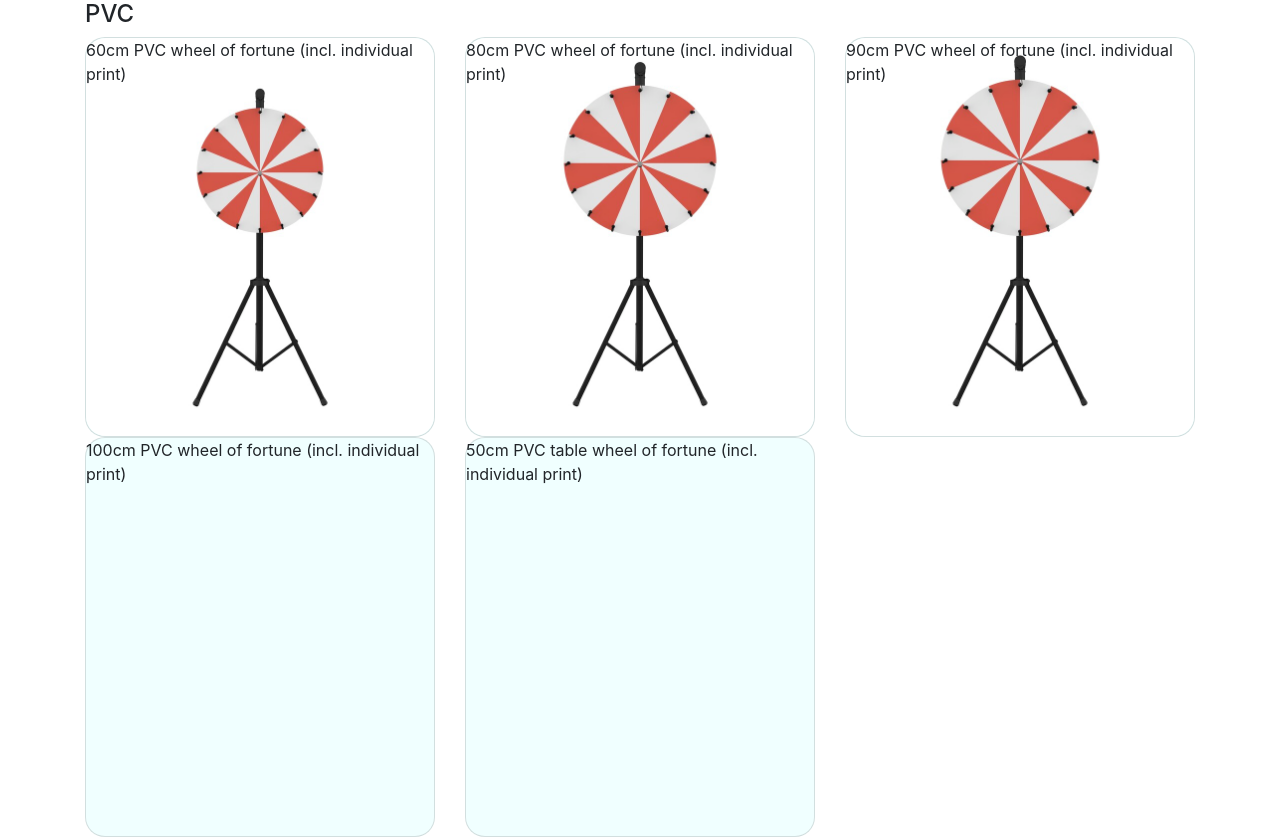
Repository: Awaisp-irfan/fahad-project
Page: pvc.html
These files come from the project's save history. The page is drawn as it stood at one moment and after the next save; the edit follows.
The browser window is 1280 px wide. The pictures show the whole page.

Above is the page before, as saved 2022-06-30 08:08:32.

### pvc.html
<!DOCTYPE html>
<html lang="en">
<head>
    <meta charset="UTF-8">
    <meta http-equiv="X-UA-Compatible" content="IE=edge">
    <meta name="viewport" content="width=device-width, initial-scale=1.0">
    <link
    rel="stylesheet"
    href="https://cdn.jsdelivr.net/npm/bootstrap@4.6.1/dist/css/bootstrap.min.css"
    integrity="sha384-zCbKRCUGaJDkqS1kPbPd7TveP5iyJE0EjAuZQTgFLD2ylzuqKfdKlfG/eSrtxUkn"
    crossorigin="anonymous"
  />

  <link rel="stylesheet" href="./style.css" />
    <title>Document</title>
</head>
<body>
    <div class="container">
        <div class="row">
            <div class="col-lg-12">
                <h4 class="heading">PVC</h4>
            </div>
        </div>

        <div class="row">
            <div class="col-lg-4">
                <div class="card img-div">
                    <div class="cm60">60cm PVC wheel of fortune (incl. individual print)</div>
                </div>
            </div>
            <div class="col-lg-4">
                <div class="card img-div">
                    <div class="cm80">80cm PVC wheel of fortune (incl. individual print)</div>
                </div>
            </div>
            <div class="col-lg-4">
                <div class="card img-div">
                    <div class="cm90">90cm PVC wheel of fortune (incl. individual print)</div>
                </div>
            </div>
            <div class="col-lg-4">
                <div class="card img-div">
                    <div class="cm100">100cm PVC wheel of fortune (incl. individual print)</div>
                </div>
            </div>
            <div class="col-lg-4">
                <div class="card img-div">
                    <div class="cm50">50cm PVC table wheel of fortune (incl. individual print)</div>
                </div>
            </div>
        </div>
    </div>
</body>
</html>

### style.css
.pvc{
    background-image: url(./assests/2289977149.jpg);
    background-size: cover;
    background-position: center;
    background-repeat: no-repeat;
    height: 100%;
    border-radius: 20px;
}

.col-lg-4>a > .img-div{
    height: 400px;
    border-radius: 20px;
}
.col-lg-4>.img-div{
    height: 400px;
    border-radius: 20px;
    background-color: azure;
}
.wooden{
    background-image: url(./assests/wooden.jpg);
    background-size: cover;
    background-position: center;
    background-repeat: no-repeat;
    height: 100%;
    border-radius: 20px;
}

.display{
    background-image: url(./assests/display.jpg);
    background-size: cover;
    background-position: center;
    background-repeat: no-repeat;
    height: 100%;
    border-radius: 20px;
}
.cm60{
    background: url(./assests/60cm\ PVC.jpg);

    background-size: cover;
    background-position: center;
    background-repeat: no-repeat;
    height: 100%;
    border-radius: 20px;
}

.cm80{
    background: url(./assests/80cm\ PVC.jpg);

    background-size: cover;
    background-position: center;
    background-repeat: no-repeat;
    height: 100%;
    border-radius: 20px;
}

.cm90{
    background: url(./assests/90cm\ PVC.jpg);

    background-size: cover;
    background-position: center;
    background-repeat: no-repeat;
    height: 100%;
    border-radius: 20px;
}

After the next save:
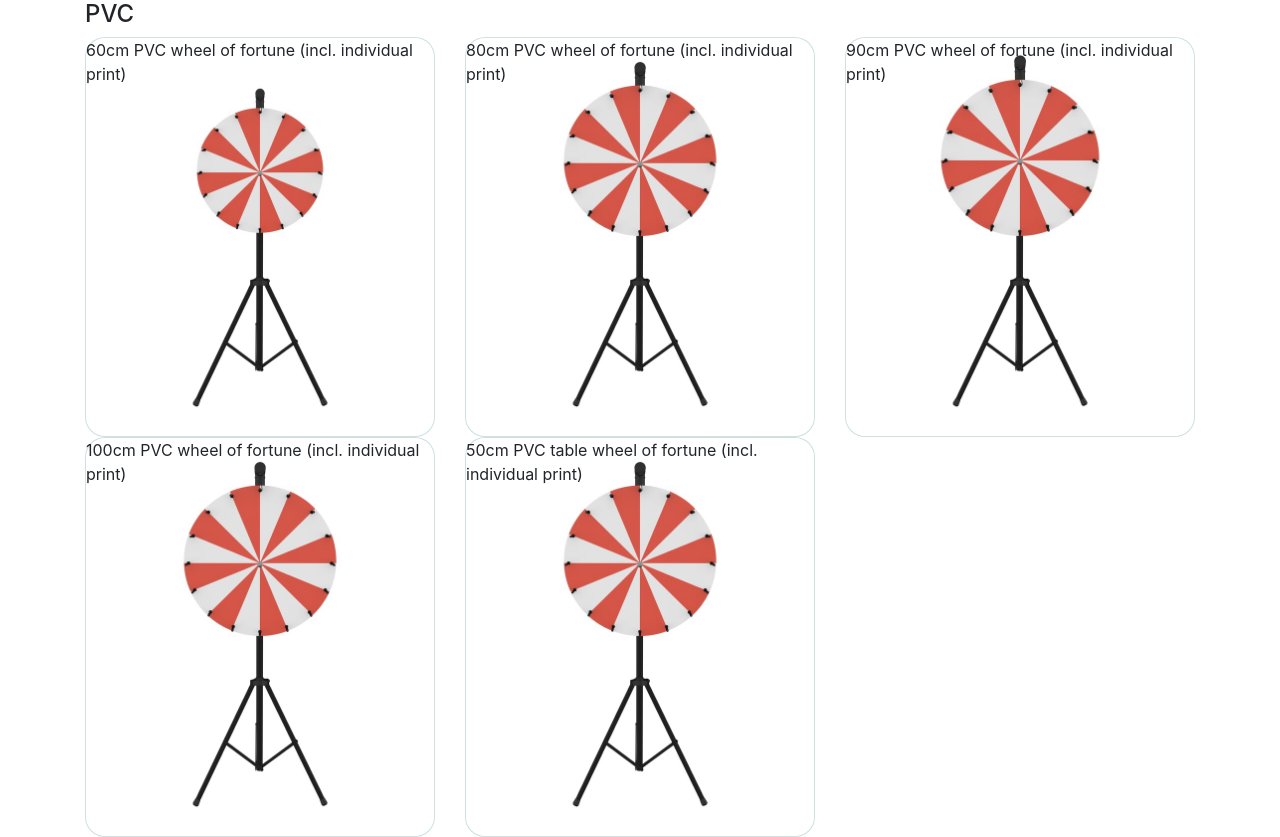
Saved 37 s later.
--- a/style.css
+++ b/style.css
@@ -62,3 +62,22 @@
     height: 100%;
     border-radius: 20px;
 }
+.cm100{
+    background: url(./assests/80cm\ PVC.jpg);
+
+    background-size: cover;
+    background-position: center;
+    background-repeat: no-repeat;
+    height: 100%;
+    border-radius: 20px;
+}
+
+.cm50{
+    background: url(./assests/80cm\ PVC.jpg);
+
+    background-size: cover;
+    background-position: center;
+    background-repeat: no-repeat;
+    height: 100%;
+    border-radius: 20px;
+}
